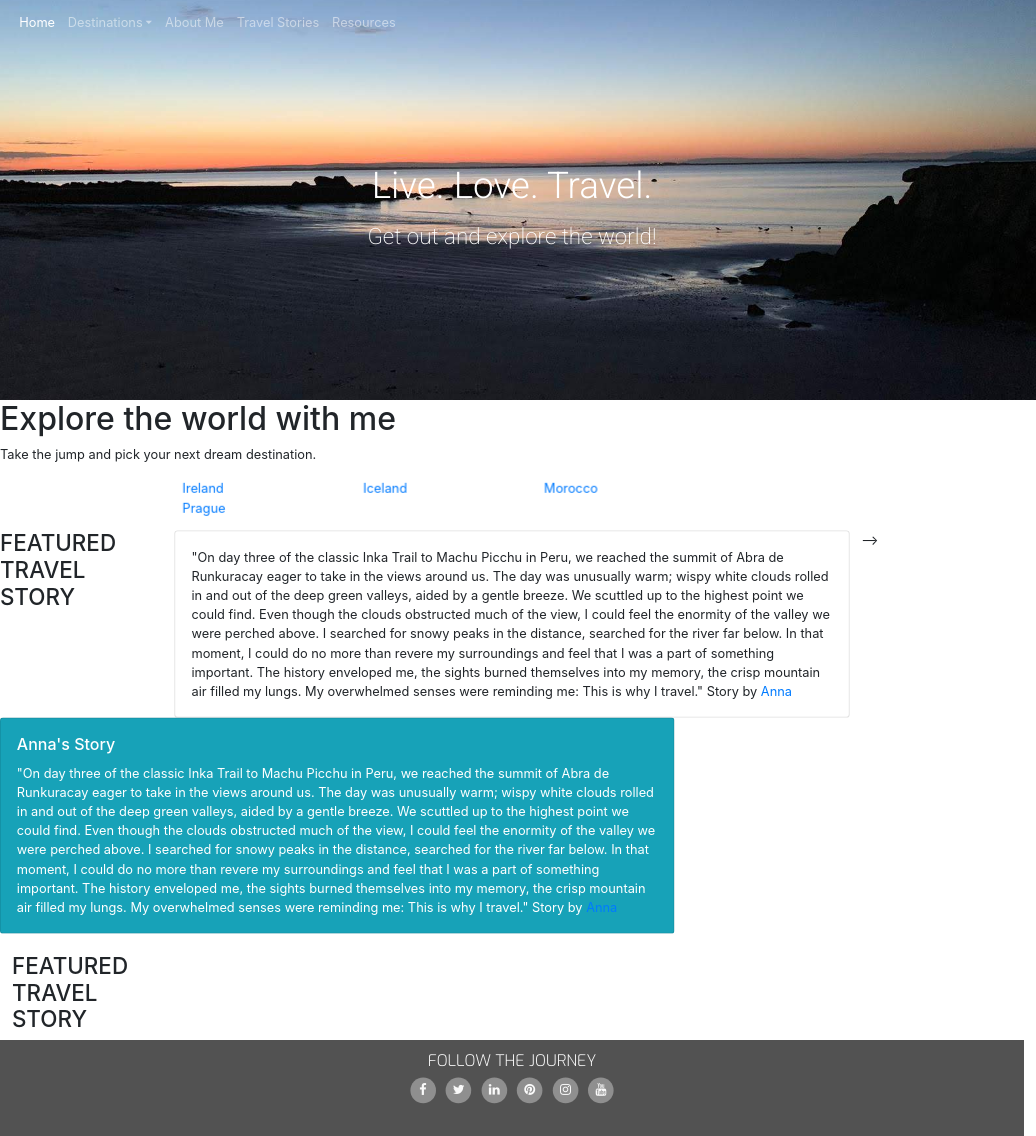
Repository: lhynes/User-Centric-Frontend-Development-Milestone-Project
Page: index.html
The author's editor kept a record of every edit. The page is drawn from the files as they stood at one moment, then again after the next edit.
The browser window is 1280 px wide. The page is 1295 px wide, so the pictures cover 1295 px, including what lies to the right of the window. The pictures show the whole page, at 80% of full size.
Some web libraries are served in a nearby version.

Above is the page before.

### index.html
<!DOCTYPE html>
<html lang="en">

<head>
    <meta charset="UTF-8">
    <meta name="viewport" content="width=device-width, initial-scale=1.0">
    <meta http-equiv="X-UA-Compatible" content="ie=edge">
    <!--access exrtenal links - bootstrap cdn - https://www.bootstrapcdn.com/-->
    <link rel="stylesheet" href="https://stackpath.bootstrapcdn.com/bootstrap/4.3.1/css/bootstrap.min.css" type="text/css" />
    <script src="https://ajax.googleapis.com/ajax/libs/jquery/3.3.1/jquery.min.js"></script>
    <script src="https://cdnjs.cloudflare.com/ajax/libs/popper.js/1.12.9/umd/popper.min.js"></script>
    <script src="https://maxcdn.bootstrapcdn.com/bootstrap/4.0.0/js/bootstrap.min.js"></script>




    <!--access exrtenal links - fontAwesome cdn - https://www.bootstrapcdn.com/-->
    <link rel="stylesheet" href="https://stackpath.bootstrapcdn.com/font-awesome/4.7.0/css/font-awesome.min.css" type="text/css" />
    <!--CdN to access hover CSS-->
    <link rel="stylesheet" href="https://cdnjs.cloudflare.com/ajax/libs/hover.css/2.3.1/css/hover-min.css" type="text/css" />
    <!-- project CSS style sheet-->
    <link rel="stylesheet" href="assets/css/style.css" type="text/css" />
    <script src="//maxcdn.bootstrapcdn.com/bootstrap/3.3.0/js/bootstrap.min.js"></script>
    <script src="//code.jquery.com/jquery-1.11.1.min.js"></script>
    <title>Live.Love.Travel.</title>
</head>

<body>
    <header>
        <!-- hero image and nagivation section-->
        <div class="row hero">
            <!--nav-->
            <div class="col-md-12">
                <!--Navbar - https://mdbootstrap.com/snippets/jquery/ascensus/145608-->
                <nav class="navbar navbar-expand-lg navbar-dark primary-color">
                    <!-- Collapse button to ensure correct for mobile view -->
                    <button class="navbar-toggler" type="button" data-toggle="collapse" data-target="#basicExampleNav" aria-controls="basicExampleNav" aria-expanded="false" aria-label="Toggle navigation">
        <span class="navbar-toggler-icon"></span>
      </button>

                    <!-- Collapsible content -->
                    <div class="collapse navbar-collapse" id="basicExampleNav">

                        <!-- Links -->
                        <ul class="navbar-nav mr-auto">
                            <li class="nav-item active">
                                <a class="nav-link" href="index.html">Home
              <span class="sr-only">(current)</span>
            </a>
                            </li>

                            <!-- Dropdown for destinations -->
                            <li class="nav-item dropdown">
                                <a class="nav-link dropdown-toggle" id="navbarDropdownMenuLink1" data-toggle="dropdown" aria-haspopup="true" aria-expanded="false">Destinations</a>
                                <div class="dropdown-menu dropdown-primary" aria-labelledby="navbarDropdownMenuLink1">
                                    <a class="dropdown-item" href="ireland.html">Ireland</a>
                                    <a class="dropdown-item" href="iceland.html">Iceland</a>
                                    <a class="dropdown-item" href="morocco.html">Morocco</a>
                                    <a class="dropdown-item" href="prague.html">Prague</a>
                                </div>
                            </li>
                            <li class="nav-item">
                                <a class="nav-link" href="aboutme.html">About Me</a>
                            </li>


                            <li class="nav-item">
                                <a class="nav-link" href="travelstories">Travel Stories</a>
                            </li>
                            <li class="nav-item">
                                <a class="nav-link" href="resources">Resources</a>
                            </li>
                        </ul>
                </nav>

                </div>
                <!-- Tagline-->
                <div class="col-md-12">
                    <div class="row no-gutters bg-color-name-title">
                        <div class="col heading">
                            <h1 class="hero-title">Live. Love. Travel.</h1>
                            <h2 class="hero-subtitle">Get out and explore the world!</h2>
                        </div>
                    </div>
                </div>

            </div>
    </header>

    <!-- Main content section -->
    <section>
        <div class="row">
            <div class="col homepageWelcomeMessage">
                <h1> Explore the world with me</h1>
                <p>Take the jump and pick your next dream destination.
                </p>
            </div>
        </div>

        <div class="row no-gutters">
            <div class="col-md-2">

            </div>
            <div class="col-md-8">
                <ul id="destinationNav" class="list-inline destinationcontainer">
                    <li class="col-6 col-sm-3 ui-destination-ireland list-inline-item menuitem">
                        <a href="ireland.html" class="hvr-sweep-to-bottom"><span>Ireland</span></a>
                    </li>

                    <li class="col-6 col-sm-3 ui-menu-destination-iceland list-inline-item menuitem">
                        <a href="iceland.html" class="hvr-sweep-to-bottom"><span>Iceland</span></a>
                    </li>

                    <li class="col-6 col-sm-3 ui-menu-destination-morocco list-inline-item menuitem">
                        <a href="morocco.html" class="hvr-sweep-to-bottom"><span>Morocco</span></a>
                    </li>
                    <li class="col-6 col-sm-3 ui-menu-destination-prague list-inline-item menuitem">
                        <a href="prague.html" target="_blank" class="hvr-sweep-to-bottom"><span>Prague</span></a>
                    </li>
                </ul>
            </div>
            <div class="col-md-2"></div>
        </div>
        <!--  <div class="row">
            <div class="col homepageWelcomeMessage">
                <h1> Featured Travel story</h1>
                <p>Take the jump and pick your next dream destination.
                </p>
            </div>
        </div>-->


        <div class="row featureTravelStorySection">
            <!--allow us to create a table structure so that our columns will remain the same height, regardless of content-->
            <!--he row-table class specifies the use of a table whereas section-column specifies the use of a table cell, which will give us evenly sized columns in terms of height.-->


            <div class="col-md-2  section-column">
                <div class="row">
                    <div class="col-12">
                        <h3 class="section-heading uppercase">
                            Featured Travel story
                        </h3>
                    </div>
                </div>


            </div>
            <div class="col-md-8 section-column">
                <div class="row">
                    <div class="col">
                       <div class="card">
                            <div class="card-body"> "On day three of the classic Inka Trail to Machu Picchu in Peru, we reached the summit of Abra de Runkuracay eager to take in the views around us. The day was unusually warm; wispy white clouds rolled in and out of the deep
                                green valleys, aided by a gentle breeze. We scuttled up to the highest point we could find. Even though the clouds obstructed much of the view, I could feel the enormity of the valley we were perched above. I searched for
                                snowy peaks in the distance, searched for the river far below. In that moment, I could do no more than revere my surroundings and feel that I was a part of something important. The history enveloped me, the sights burned
                                themselves into my memory, the crisp mountain air filled my lungs. My overwhelmed senses were reminding me: This is why I travel." Story by <a href="https://hostelgeeks.com/machu-picchus-gigantic-aura-reminder-travel/"
                                    target="_blank">Anna</a> </div>
                        </div>

                    </div>
                </div>

            </div>-->
                        <div class="col-sm-8">
                            <div class="card text-white bg-info mb-4">
                                <div class="card-body">
                                    <h5 class="card-title">Anna's Story</h5>
                                    <p class="card-text">"On day three of the classic Inka Trail to Machu Picchu in Peru, we reached the summit of Abra de Runkuracay eager to take in the views around us. The day was unusually warm; wispy white clouds rolled in and out of
                                        the deep green valleys, aided by a gentle breeze. We scuttled up to the highest point we could find. Even though the clouds obstructed much of the view, I could feel the enormity of the valley we were perched above.
                                        I searched for snowy peaks in the distance, searched for the river far below. In that moment, I could do no more than revere my surroundings and feel that I was a part of something important. The history enveloped
                                        me, the sights burned themselves into my memory, the crisp mountain air filled my lungs. My overwhelmed senses were reminding me: This is why I travel." Story by <a href="https://hostelgeeks.com/machu-picchus-gigantic-aura-reminder-travel/"
                                            target="_blank">Anna</a></p>
                                </div>
                            </div>
                            <div class="col-md-2  section-column">
                                <div class="row">
                                    <div class="col-12">
                                        <h3 class="section-heading uppercase">
                                            Featured Travel story
                                        </h3>
                                    </div>
                                </div>
                            </div>
                        </div>





    </section>
    <!--Footer section-->
    <footer class="container-fluid">
        <!--full width flexible container-->
        <div id="footer-details" class="row">
            <div class="col-sm-12">
                <h5 class="uppercase general-sub">Follow the Journey</h5>
                <ul class="list-inline social-links">
                    <li class="list-inline-item">
                        <!-- every list-inline in boostrap needs a list-inline item-->
                        <a target="_blank" href="">
                            <i class="fa fa-facebook" aria-hidden="true"></i>
                            <span class="sr-only">Facebook</span>
                        </a>
                    </li>
                    <li class="list-inline-item">
                        <a target="_blank" href="#">
                            <i class="fa fa-twitter" aria-hidden="true"></i>
                            <span class="sr-only">Twitter</span>
                        </a>
                    </li>
                    <li class="list-inline-item">
                        <a target="_blank" href="#">
                            <i class="fa fa-linkedin" aria-hidden="true"></i>
                            <span class="sr-only">LinkedIn</span>
                        </a>
                    </li>
                    <li class="list-inline-item">
                        <a target="_blank" href="#">
                            <i class="fa fa-pinterest" aria-hidden="true"></i>
                            <span class="sr-only">Pinterest</span>
                        </a>
                    </li>
                    <li class="list-inline-item">
                        <a target="_blank" href="#">
                            <i class="fa fa-instagram" aria-hidden="true"></i>
                            <span class="sr-only">Instagram</span>
                        </a>
                    </li>
                    <li class="list-inline-item">
                        <a target="_blank" href="#">
                            <i class="fa fa-youtube" aria-hidden="true"></i>
                            <span class="sr-only">YouTube</span>
                        </a>
                    </li>
                </ul>
            </div>

        </div>

    </footer>


</body>

</html>

### assets/css/style.css
@import url('https://fonts.googleapis.com/css?family=Roboto:100,200,300,400,500,600,700|Exo:100,200,300,400,500,600,700');

/*-----------------------------------Colours */

.bg-color-hero {
    background-color: red;
    color: #ffffff;
}

/*-----------------------------------Special paddings/margins/text - General CSS area used more than once through out the site */

.uppercase {
    text-transform: uppercase;
}

.general-sub {
    font-family: "Exo", sans-serif;
    font-weight: 300;
    color: #fafafa;

}


/*-----------------------------------Heading */

.hero {
    background: url("../images/morning.jpg");
    text-align: center;
    background-position: center;
    background-repeat: no-repeat;
    background-size: cover;
    min-height: 500px;
    transition: all .5s ease-in-out;
    -moz-transition: all .5s ease-in-out;
    -webkit-transition: all .5s ease-in-out;

}

.hero-title {
    font-family: "Roboto", sans-seriif;
    font-weight: 300;
    font-size: 46px;
    margin-top: 50px;
    color: #ffffff;
}

.hero-subtitle {
    font-family: "Roboto", sans-seriif;
    font-weight: 200;
    font-size: 28px;
    margin-top: 20px;
    margin-bottom: 90px;
    color: #ffffff;
}


/*-----------------------------------Hover.css */

/*-----------------------------------Home */

/*-----------------------------------About Me*/

/*-----------------------------------Destinations*/

/*-----------------------------------Travel Stories*/

/*-----------------------------------Resources*/

/*-----------------------------------Footer styles */

footer {
    background-color: #525252;
    color: #fafafa;
    min-height: 120px;
    margin: 0;
    text-align: center;
    padding-top: 15px;
}


.social-links {
    padding-bottom: 15px;

}

.social-links li a i {
    width: 32px;
    height: 32px;
    padding: 12px 0;
    border-radius: 50%;
    line-height: 7px;
    text-align: center;
    color: #fafafa;
    background: #8f8f8f;
    -moz-transition: all 0.35s ease-in-out;
    -webkit-transition: all 0.35s ease-in-out;
    -o-transition: all 0.35s ease-in-out;
}

.social-links li a i:hover {
    background-color: blue;
}



/*-----------------------------------Media Queries*/

After the next edit:
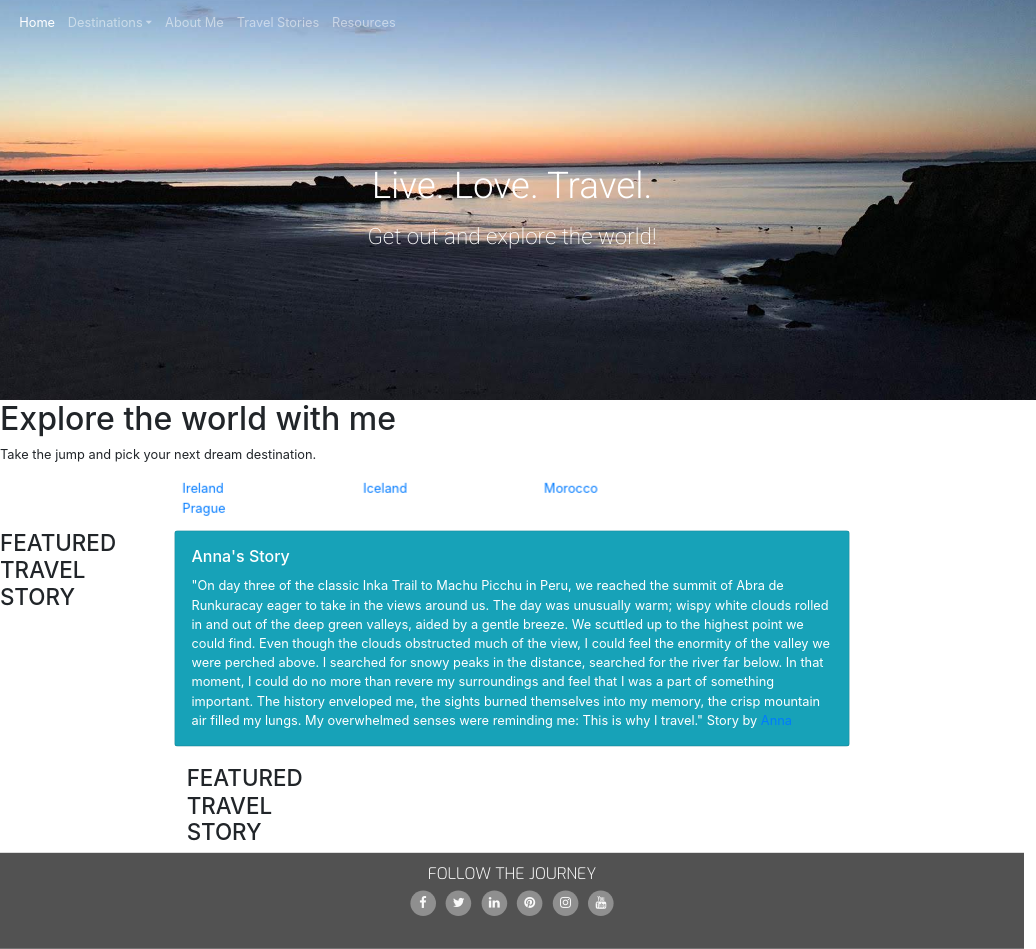
The edit:
--- a/index.html
+++ b/index.html
@@ -146,7 +146,7 @@
 
 
             </div>
-            <div class="col-md-8 section-column">
+            <!-- <div class="col-md-8 section-column">
                 <div class="row">
                     <div class="col">
                        <div class="card">
